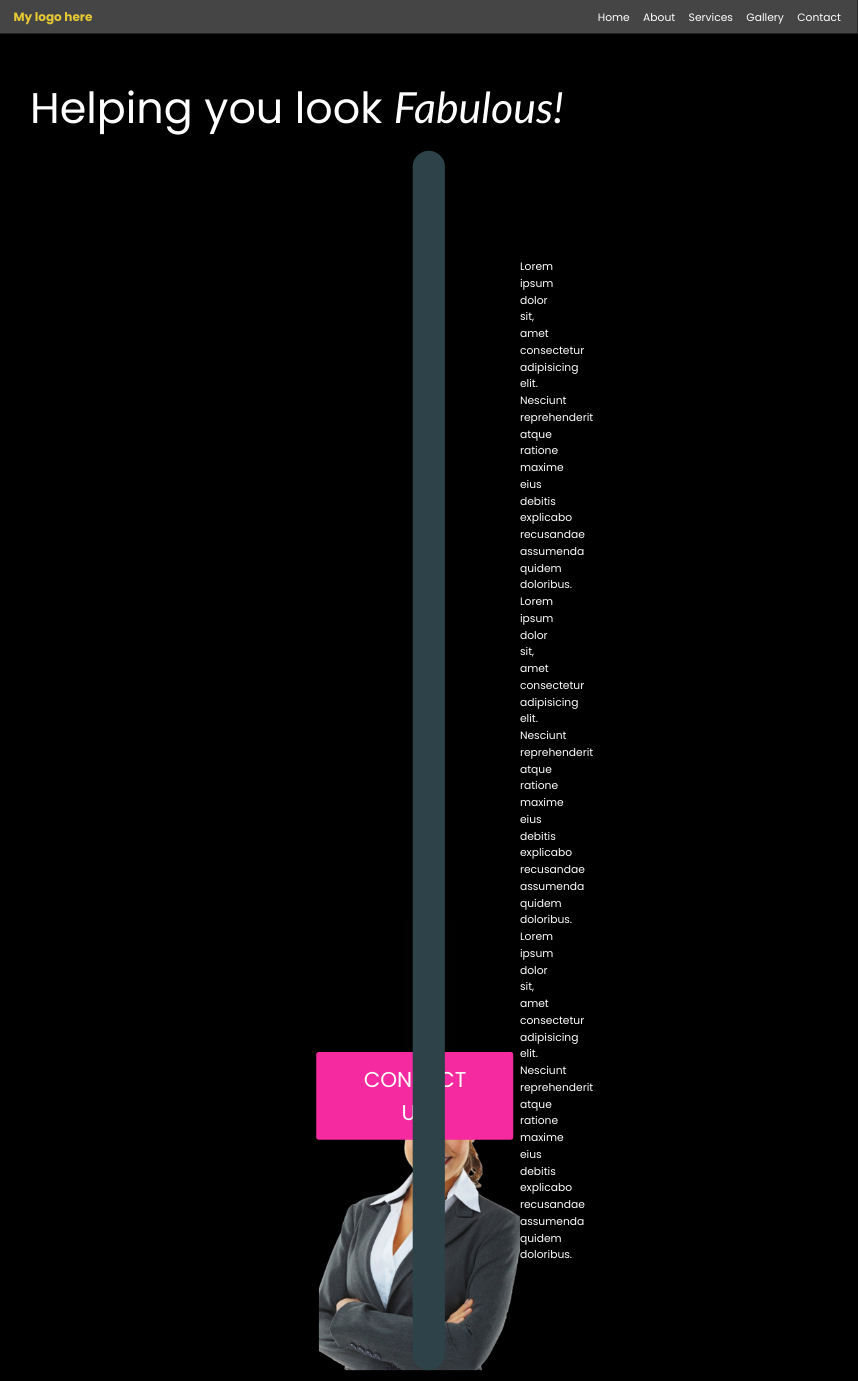
Repository: buzzedison/gardens
Page: index.html
These files come from the project's save history. The page is drawn as it stood at one moment and after the next save; the edit follows.
The browser window is 1280 px wide. The pictures show the whole page, at 67% of full size.

Above is the page before, as saved 2022-01-12 20:31:19.

### index.html
<!DOCTYPE html>
<html lang="en">
<head>
    <meta charset="UTF-8">
    <meta http-equiv="X-UA-Compatible" content="IE=edge">
    <meta name="viewport" content="width=device-width, initial-scale=1.0">
    <title>B</title>
    <script src="index.js" defer></script>
    <link rel="stylesheet" href="/css/styles.css">
</head>
<body>
    <div>

        <Header>
            <div id="logo"> <a href="/">My logo here</a></div>
            <nav>
<ul>
    <li> <a href="/"> Home</a></li>
    <li> <a href="/"> About</a></li>
    <li> <a href="/"> Services</a></li>
    <li> <a href="/"> Gallery</a></li>
    <li> <a href="/">  Contact</a></li>
</ul>

 </nav>
            <!-- Mobile version -->
            <div id="mobile-icon" onclick="toggleMobileMenu(this)">
                <div class="bar1"></div>
                <div class="bar2"></div>
                <div class="bar3"></div>
                <ul class="mobile-menu">
                  <li><a href="/">Home</a></li>
                  <li><a href="/">About</a></li>
                  <li><a href="/">Services</a></li>
                  <li><a href="/">Gallery</a></li>
                  <li><a href="/">Contact</a></li>

                </ul>
              </div>
        </Header>
        <main class="container">
            <section1>
                <p class="section-title">Helping you look  <span id="fab">Fabulous!</span></p>
                <div class="grid">
                    <div class="grida">
                        <p class="text-grid"><img class ="img" src="images/woman.png">
                            <br/>
                            <a href="/" class="button"> CONTACT US </a>

                    </div>

                    <div class="gridb">
                        <div class="inside">
                        <p class="text-grid">
                        Lorem ipsum dolor sit, amet consectetur adipisicing elit.
                        Nesciunt reprehenderit atque ratione maxime eius
                        debitis explicabo recusandae assumenda quidem doloribus.
                        Lorem ipsum dolor sit, amet consectetur adipisicing elit.
                        Nesciunt reprehenderit atque ratione maxime eius
                        debitis explicabo recusandae assumenda quidem doloribus.
                        Lorem ipsum dolor sit, amet consectetur adipisicing elit.
                        Nesciunt reprehenderit atque ratione maxime eius
                        debitis explicabo recusandae assumenda quidem doloribus.
                    </p>
                </div>
                    </div>
                </div>
            </section1>

        </main>
    </div>
</body>
</html>

### css/styles.css
@import url("https://fonts.googleapis.com/css2?family=Poppins:wght@400;700&display=swap");

* {
  padding: 0;
  margin: 0;
  box-sizing: border-box;
}

body {
  color: black;
  font-family: "Poppins", sans-serif;
  background-color:black;
}

header a {
  text-decoration: none;
}

header {
  padding: 0 20px;
  background-color: #444544;
  height: 50px;
  display: flex;
  justify-content: space-between;
}

#logo {
  font-weight: bold;
  font-size: 18px;
  display: flex;
  align-items: center;
}

#logo a {
  color: #e6c834;
}

ul {
  list-style: none;
  height: 100%;
  display: flex;
  align-items: center;
  justify-content: space-around;
}

ul a {
  color: white;
}

ul li {
  padding: 5px;
  margin-left: 10px;
}

ul li:hover {
  transform: scale(1.1);
  transition: 0.3s;
}




#mobile-icon {
  margin: auto 0;
  display: none;
  cursor: pointer;
}

#mobile-icon div {
  width: 35px;
  height: 3px;
  background-color: white;

  margin: 6px 0;
  transition: 0.4s;
}

.open .bar1 {
  -webkit-transform: rotate(-45deg) translate(-6px, 6px);
  transform: rotate(-45deg) translate(-6px, 6px);
}

.open .bar2 {
  opacity: 0;
}

.open .bar3 {
  -webkit-transform: rotate(45deg) translate(-6px, -8px);
  transform: rotate(45deg) translate(-6px, -8px);
}

.open .mobile-menu {
  display: flex;
  flex-direction: column;
  align-items: center;
  justify-content: flex-start;
}

.mobile-menu {
  display: none;
  position: absolute;
  top: 50px;
  left: 0;
  height: calc(100vh - 50px);
  width: 100%;

}

.mobile-menu li {
  margin-bottom: 10px;

}

@media only screen and (max-width: 600px) {
  header nav {
    display: none;
  }

  #mobile-icon {
    display: block;
  }
}


.section-title{
  color: white;
  font-size: 4em;
  padding-top: 1em;
  padding-left: 0.7em;


}

#fab {
  font-family: 'Trebuchet MS', 'Lucida Sans Unicode', 'Lucida Grande', 'Lucida Sans', Arial, sans-serif;
  font-style: italic;
}


.grid > div{
   padding:1em;
   background-color:rgba(255, 235, 205, 0);
}

.grid > div:nth-child(odd){
  background-color:rgba(255, 248, 220, 0.003);


}

.grid{
  display:grid;
  grid-template-columns: 40% 60%;
  /* seperating columns */
  grid-column-gap: -40em;
  box-sizing: border-box;
  place-items: center;

  /* browser automatically breaks when it gets to 300px */
  grid-template-columns: repeat(auto-fit, minmax(300px, 1fr));

}

.text-grid {
  padding: 10em;
  color:white;





}

.grida{
  align-self: end;
  /* justify-self: end; */
  width:5em;
  position:absolute;

}

.gridb{
  align-self: end;
  /* justify-self: end; */
  width:5em;
  position:relative;

}


/* Buttons  */

a.button{
  display:inline-block;
  padding:0.55em 2.2em;
  border:none;
  margin:0 0.3em 0.3em 0;
  border-radius:0.12em;
  box-sizing: border-box;
  text-decoration:none;
  background-color:#F62AA0;
  float:right;

  font-weight:400;
  font-size:2em;
  color:#FFFFFF;
  text-align:center;
  transition: all 0.2s;



  }

  @media only screen and (max-width: 600px){
    a.button{
      display:inline-block;
      padding:0.45em 1.8em;
      border:none;
      /* margin:0 0.1em 0.3em 0; */
      border-radius:0.12em;
      box-sizing: border-box;
      text-decoration:none;
      background-color:#F62AA0;
      float:left;

      font-weight:400;
      font-size:1.5em;
      color:#FFFFFF;
      text-align:center;
      transition: all 0.2s;
    }
  }
  a.button1:hover{
  color:#000000;
  background-color:#FFFFFF;
  }
  @media all and (max-width:30em){
  a.button1{
  display:block;
  margin:0.4em auto;

  }
  }

  .img {
    float:right;

  }


  .inside {

    width: 100%;
   height: 100%;
   background: #2E4249;
   -moz-border-radius: 70px;
   -webkit-border-radius: 70px;
   border-radius: 500px;
    transition: all 1s ease;

  }
  .inside:hover {
    background: #3b5159;
  }

Loaded but not shown: index.js (common file)

After the next save:
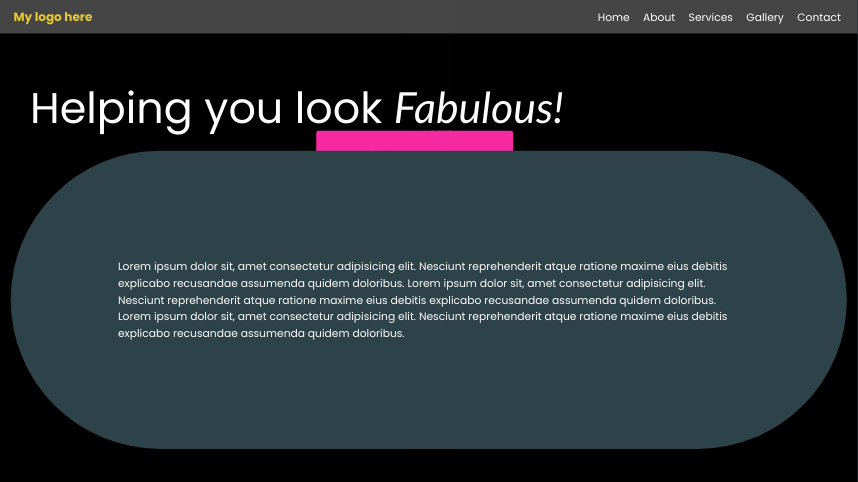
Saved 7 s later.
--- a/css/styles.css
+++ b/css/styles.css
@@ -180,9 +180,7 @@ ul li:hover {
 }
 
 .gridb{
-  align-self: end;
-  /* justify-self: end; */
-  width:5em;
+
   position:relative;
 
 }
